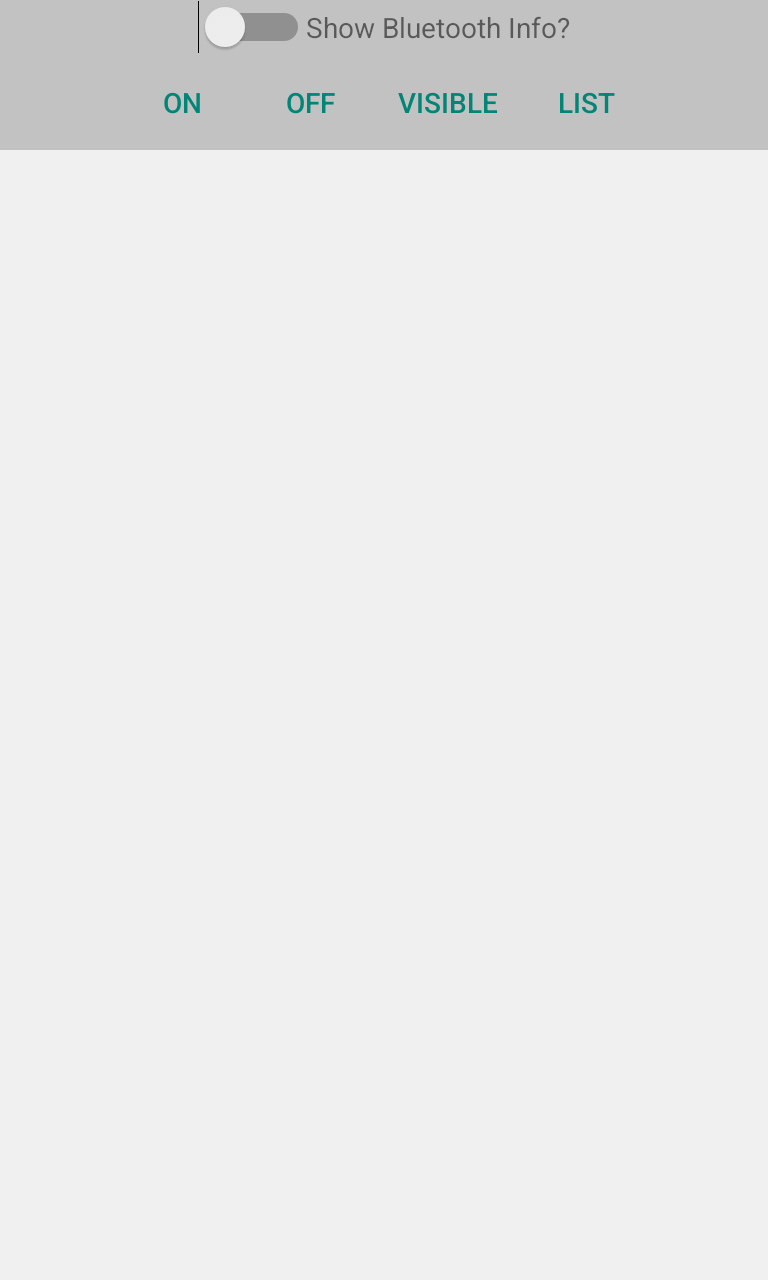
Repository: sdenom01/Anduino
Layout: Anduino/res/layout/activity_main.xml
An editor plug-in stored every save of this project. The layout is shown before and after the next save, followed by the edit.
It is drawn on a 768 x 1280 px phone screen (xhdpi) without system bars, with theme AppTheme; the app's code is not run. Lists and similar views that code fills are empty.

Above is the layout before, as saved 2014-07-08 21:46:10.

### Anduino/res/layout/activity_main.xml
<LinearLayout xmlns:android="http://schemas.android.com/apk/res/android"
    xmlns:tools="http://schemas.android.com/tools"
    android:layout_width="match_parent"
    android:layout_height="match_parent"
    android:orientation="vertical"
    tools:context="${packageName}.${activityClass}" >

    <LinearLayout
        android:id="@+id/bluetoothToggleLayout"
        android:layout_width="match_parent"
        android:layout_height="wrap_content"
        android:background="#C2C2C2"
        android:gravity="center"
        android:orientation="horizontal" >

        <Switch
            android:id="@+id/bluetoothToggle"
            android:layout_width="wrap_content"
            android:layout_height="wrap_content" />

        <TextView
            android:id="@+id/bluetoothToggleTitle"
            android:layout_width="wrap_content"
            android:layout_height="wrap_content"
            android:text="@string/ToggleBluetooth" />
    </LinearLayout>

    <!-- Bluetooth Information goes here -->

    <LinearLayout
        android:id="@+id/bluetoothInformation"
        android:layout_width="wrap_content"
        android:layout_height="wrap_content"
        android:background="#C2C2C2"
        android:orientation="vertical" >

        <LinearLayout
            android:layout_width="wrap_content"
            android:layout_height="wrap_content"
            android:layout_gravity="center"
            android:orientation="horizontal" >

            <Button
                android:id="@+id/button1"
                style="?android:attr/buttonBarButtonStyle"
                android:layout_width="wrap_content"
                android:layout_height="wrap_content"
                android:clickable="true"
                android:onClick="on"
                android:text="@string/On" />

            <Button
                android:id="@+id/button2"
                style="?android:attr/buttonBarButtonStyle"
                android:layout_width="wrap_content"
                android:layout_height="wrap_content"
                android:clickable="true"
                android:onClick="off"
                android:text="@string/Off" />

            <Button
                android:id="@+id/button3"
                style="?android:attr/buttonBarButtonStyle"
                android:layout_width="wrap_content"
                android:layout_height="wrap_content"
                android:clickable="true"
                android:onClick="visible"
                android:text="@string/Visible" />

            <Button
                android:id="@+id/button4"
                style="?android:attr/buttonBarButtonStyle"
                android:layout_width="wrap_content"
                android:layout_height="wrap_content"
                android:clickable="true"
                android:onClick="list"
                android:text="@string/List" />
        </LinearLayout>

        <LinearLayout
            android:layout_width="wrap_content"
            android:layout_height="wrap_content"
            android:orientation="horizontal" >

            <ListView
                android:id="@+id/listView1"
                android:layout_width="wrap_content"
                android:layout_height="wrap_content" />
        </LinearLayout>
    </LinearLayout>

    <!-- Color Picker will go here -->

    <LinearLayout
        android:id="@+id/colorPicker"
        android:layout_width="match_parent"
        android:layout_height="match_parent"
        android:background="#f0f0f0"
        android:orientation="horizontal" >
    </LinearLayout>

</LinearLayout>

### Anduino/res/values/strings.xml
<?xml version="1.0" encoding="utf-8"?>
<resources>

    <string name="app_name">Anduino</string>
    <string name="On">On</string>
    <string name="Off">Off</string>
    <string name="Visible">Visible</string>
    <string name="List">List</string>
    <string name="ToggleBluetooth">Show Bluetooth Info?</string>
</resources>

Loaded but not shown: Anduino/res/values/styles.xml (common file); Anduino/res/values-v11/styles.xml (common file); Anduino/res/values-v14/styles.xml (common file)

After the next save:
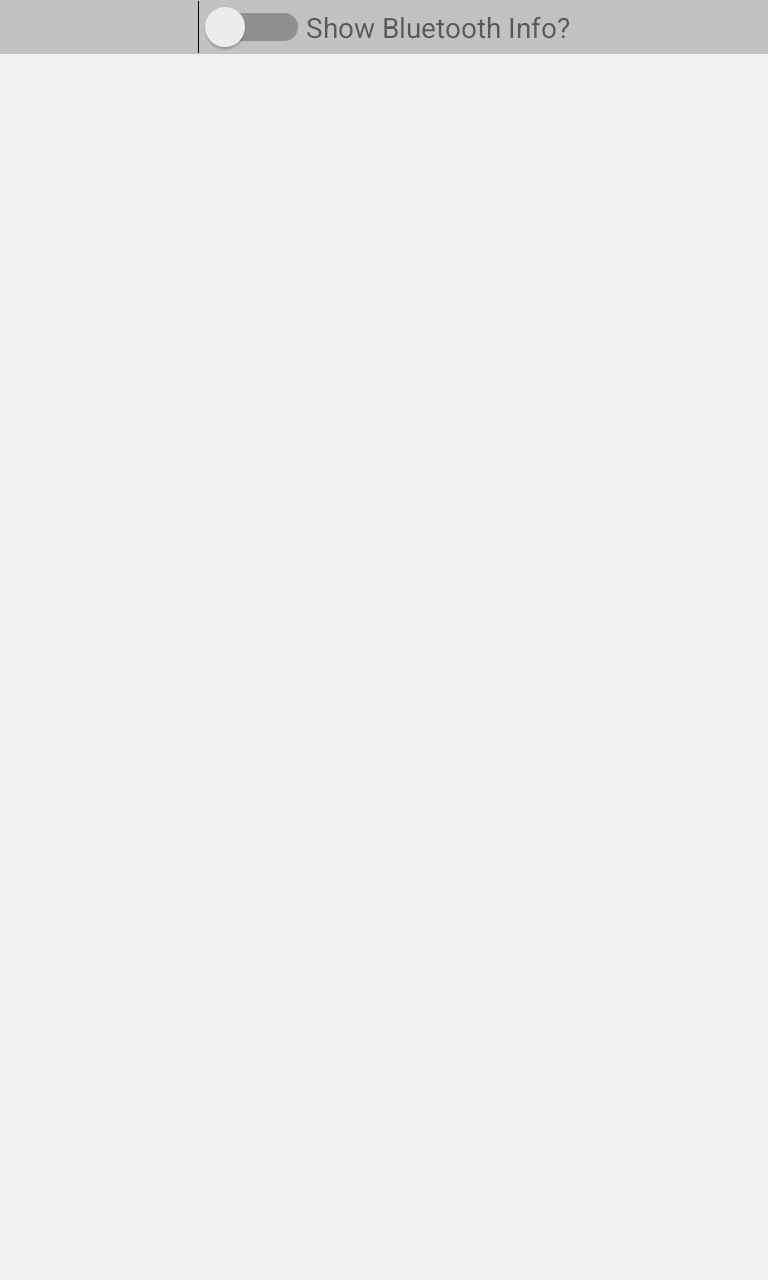
Saved 21 s later.
--- a/Anduino/res/layout/activity_main.xml
+++ b/Anduino/res/layout/activity_main.xml
@@ -32,7 +32,8 @@
         android:layout_width="wrap_content"
         android:layout_height="wrap_content"
         android:background="#C2C2C2"
-        android:orientation="vertical" >
+        android:orientation="vertical"
+        android:visibility="gone" >
 
         <LinearLayout
             android:layout_width="wrap_content"
